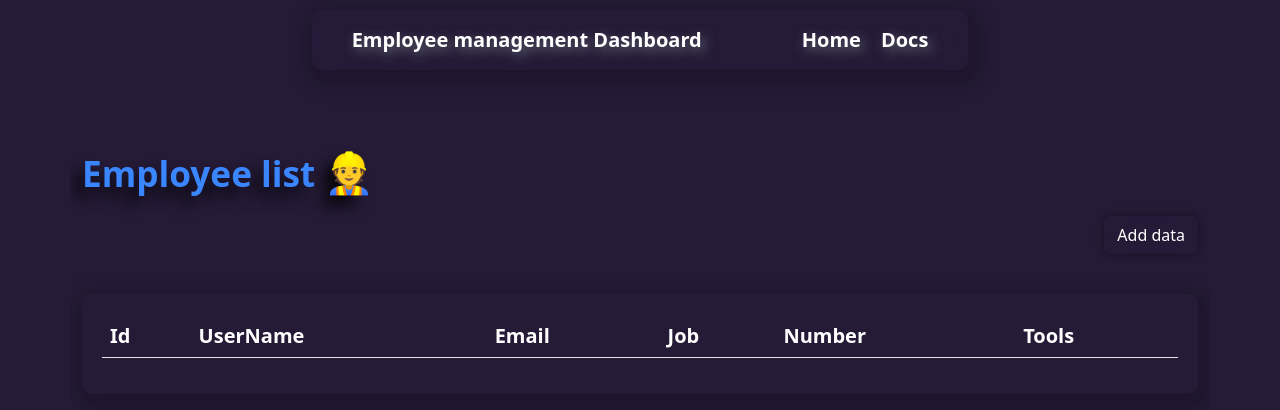
Repository: iamevs/Employee-Management-System
Page: /home (app in client/)
These files come from the project's save history. The page is drawn as it stood at one moment and after the next save; the edit follows.
The browser window is 1280 px wide. The pictures show the whole page.
The page's requests for data from a server got no answer. The project was rebuilt for these pictures with package versions that can differ from the ones it lists, and the page was loaded fresh each time. No one was signed in, and anything a server would have sent is missing. Also part of the build but not shown: client/vite.config.js, client/src/components/Register.jsx, client/src/components/Edit.jsx, client/src/components/Hero.jsx. Imported but missing from the stored project, and not drawn on this page: client/src/components/Details.

Above is the page before, as saved 2022-11-29 00:27:10.

After the next save:
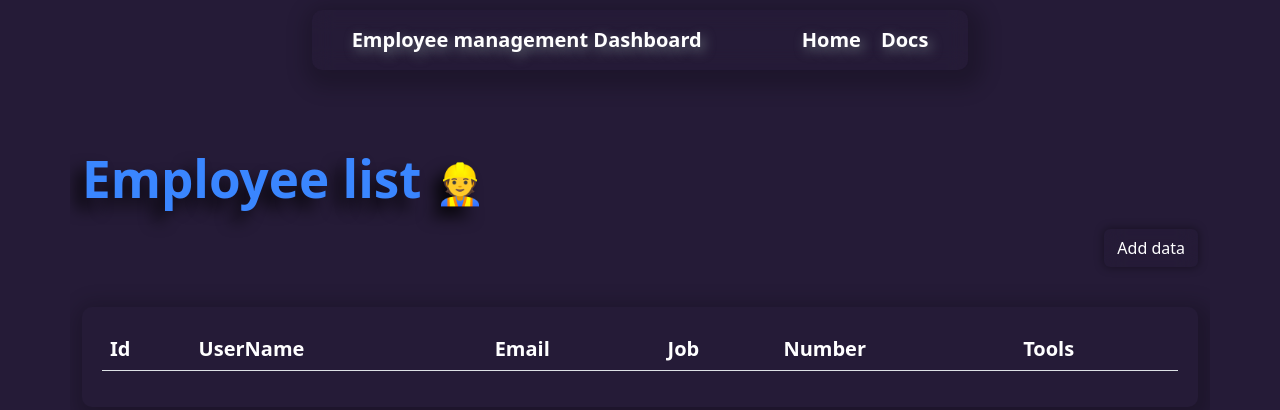
Saved 12 s later.
--- a/client/src/components/Home.jsx
+++ b/client/src/components/Home.jsx
@@ -108,7 +108,7 @@ const Home = () => {
                 <div className="container">
 
                     <h2 style={{
-                        marginTop: "30px", fontSize: "2.2rem",
+                        marginTop: "30px", fontSize: "3.2rem",
                         color: "#3a86ff",
                         fontWeight: "600",
                         marginBottom: "20px",
